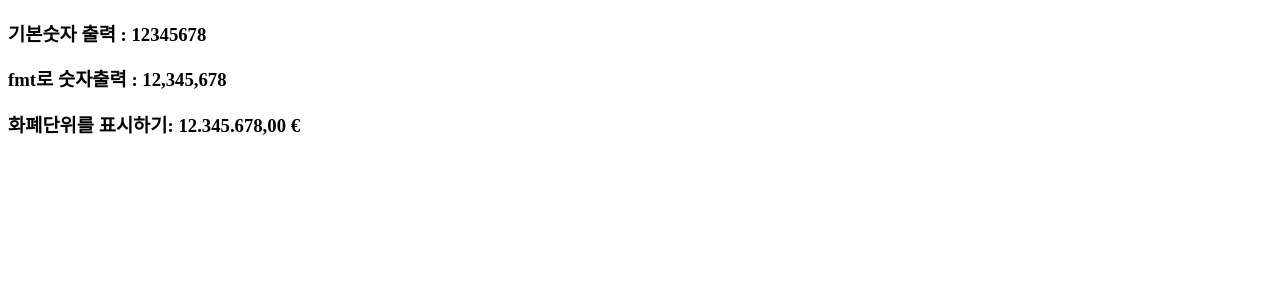
Repository: yongmin0309/mybatis1
Page: http://localhost/eL_JSTL/views/jstl/formattag.jsp
An editor plug-in stored every save of this project. The page is shown before and after the next save, followed by the edit.
The browser window is 1280 px wide. The pictures show the whole page.
The page is served by Tomcat 9. Other server files are loaded and not shown.

Above is the page before, as saved 2024-04-20 08:06:28.

### work/eL_JSTL/src/main/webapp/views/jstl/formattag.jsp
<%@ page language="java" contentType="text/html; charset=UTF-8"
    pageEncoding="UTF-8"%>
<%@ taglib prefix="c" uri="http://java.sun.com/jsp/jstl/core" %>
<%@ taglib prefix="fmt" uri="http://java.sun.com/jsp/jstl/fmt" %>
<!DOCTYPE html>
<html>
<head>
<meta charset="UTF-8">
<title>Insert title here</title>
</head>
<body>
	<c:set var="numbertest" value="12345678"/>

	<h3>기본숫자 출력 : <c:out value="${numbertest }"/></h3>
	<h3>fmt로 숫자출력 : <fmt:formatNumber value="${numbertest }"/></h3>
	<fmt:setLocale value="el_GR"/>
	<h3>화폐단위를 표시하기: <fmt:formatNumber value="${numbertest }"
	type="currency"/></h3>

</body>
</html>

After the next save:
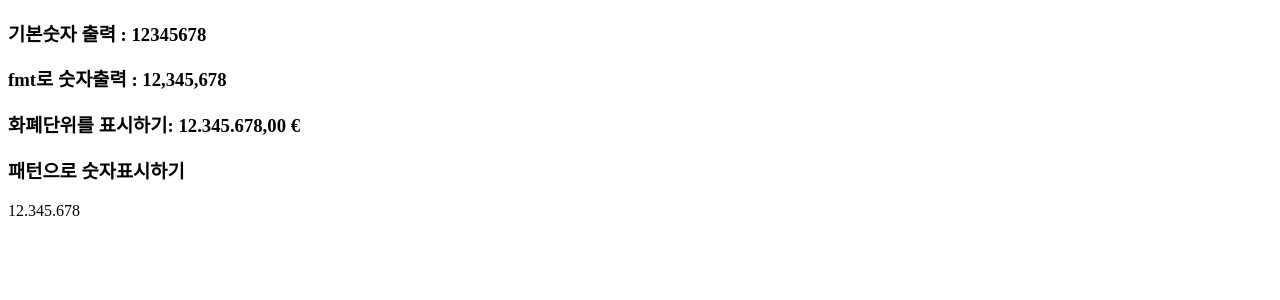
Saved 65 s later.
--- a/work/eL_JSTL/src/main/webapp/views/jstl/formattag.jsp
+++ b/work/eL_JSTL/src/main/webapp/views/jstl/formattag.jsp
@@ -17,5 +17,8 @@
 	<h3>화폐단위를 표시하기: <fmt:formatNumber value="${numbertest }"
 	type="currency"/></h3>
 
+	<h3>패턴으로 숫자표시하기</h3>
+	<fmt:formatNumber value="${numbertest }" pattern="###,###,###"/>
+
 </body>
 </html>
